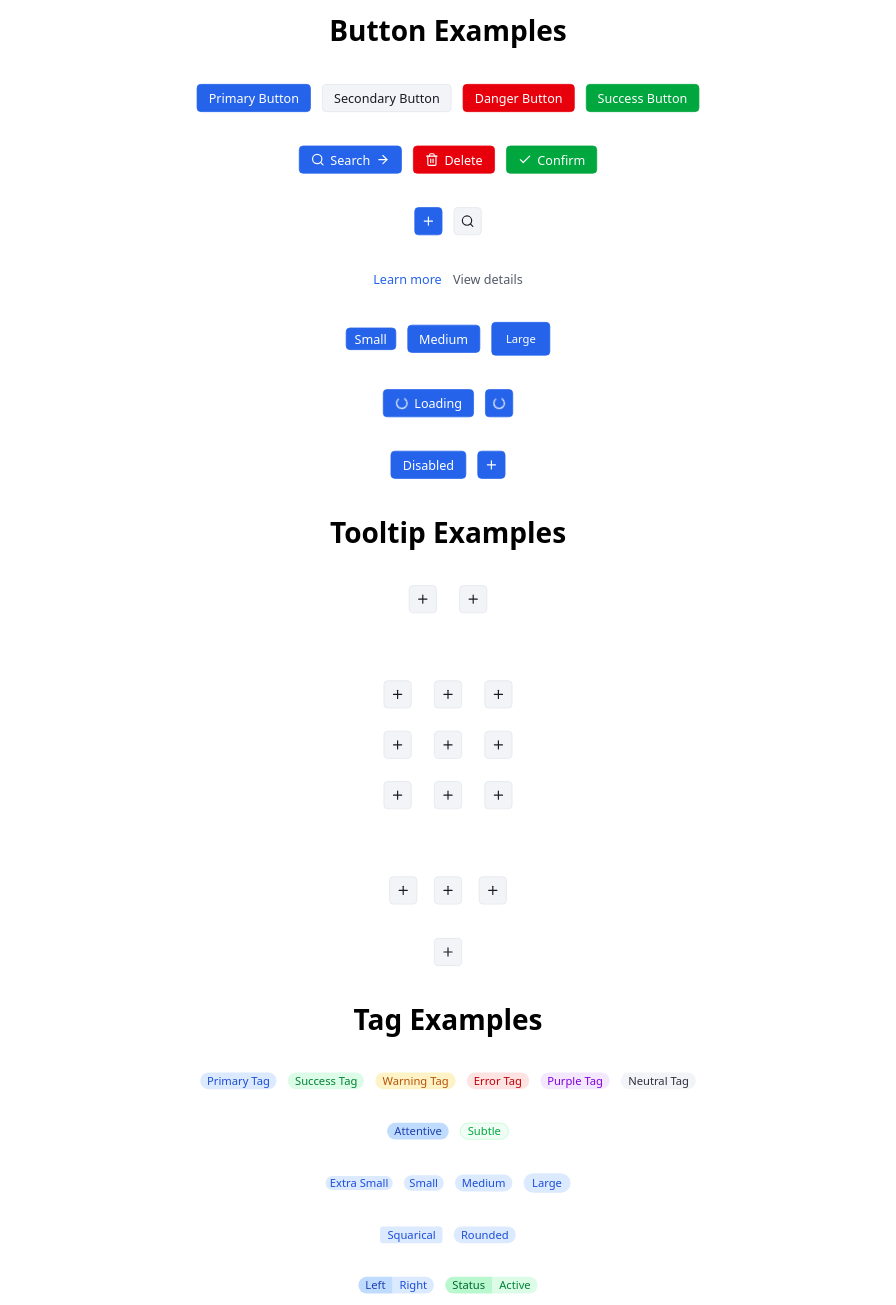
Repository: vinit-juspay/design-system
Page: /
The author's editor kept a copy of each file at every save. The page is drawn from the files as they stood at one save, then again after the next save.
The browser window is 1280 px wide. The pictures show the whole page, at 70% of full size.
Some web fonts or font styles are not loaded; a fallback is used. The project was rebuilt for these pictures with package versions that can differ from the ones it lists, and the page was loaded fresh each time. Also part of the build but not shown: vite.config.ts, src/components/button/Button.utils.ts, src/components/button/Button.tsx.

Above is the page before, as saved 2025-04-05 18:29:46.

After the next save:
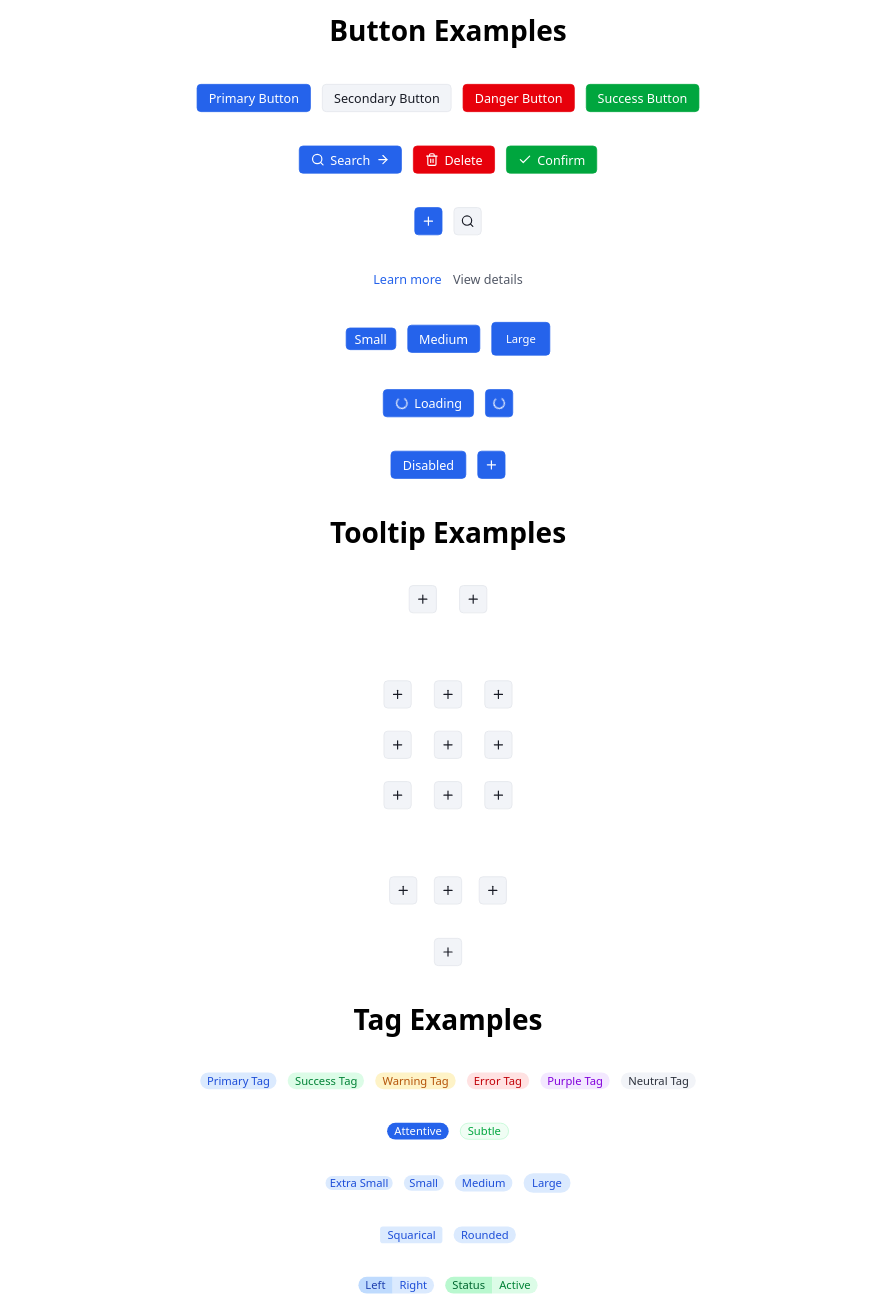
Saved 6 s later.
--- a/lib/components/Tags/utils.ts
+++ b/lib/components/Tags/utils.ts
@@ -47,13 +47,13 @@ export const getTagClassNames = (
       purple: 'bg-purple-100 text-purple-700'
     },
     attentive: {
-      neutral: 'bg-gray-200 text-gray-800',
-      primary: 'bg-blue-200 text-blue-800',
-      success: 'bg-green-200 text-green-800',
-      error: 'bg-red-200 text-red-800',
-      warning: 'bg-amber-200 text-amber-800',
-      purple: 'bg-purple-200 text-purple-800'
-    },
+        neutral: 'bg-gray-950 text-gray-0',
+        primary: 'bg-blue-600 text-gray-0',
+        success: 'bg-green-600 text-gray-0',
+        error: 'bg-red-600 text-gray-0',
+        warning: 'bg-orange-500 text-gray-0',
+        purple: 'bg-purple-500 text-gray-0'
+      },
     subtle: {
       neutral: 'bg-gray-50 text-gray-600 border border-gray-200',
       primary: 'bg-blue-50 text-blue-600 border border-blue-200',
